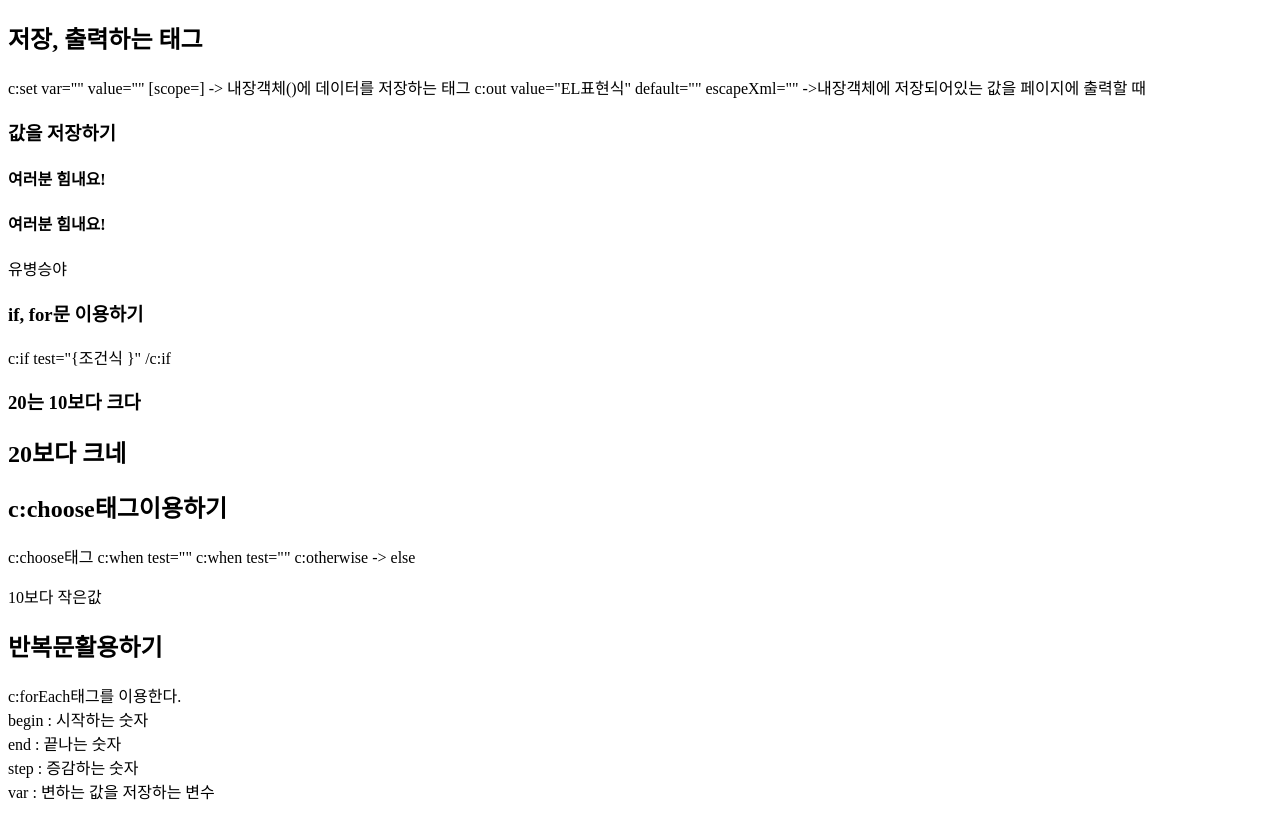
Repository: simjiho/week
Page: http://localhost/el_jstl/views/jstl/02_controltag.jsp
The author's editor kept a copy of each file at every save. The page is drawn from the files as they stood at one save, then again after the next save.
The browser window is 1280 px wide. The pictures show the whole page.
The page is served by Tomcat 9. Other server files are loaded and not shown.

Above is the page before, as saved 2024-04-20 06:42:00.

### workspace/el_jstl/src/main/webapp/views/jstl/02_controltag.jsp
<%@ page language="java" contentType="text/html; charset=UTF-8"
    pageEncoding="UTF-8"%>
<%@ taglib prefix="c" uri="http://java.sun.com/jsp/jstl/core" %>
<!DOCTYPE html>
<html>
<head>
<meta charset="UTF-8">
<title>코어태그 사용하기</title>
</head>
<body>
	<h2>저장, 출력하는 태그</h2>
	<p>
		c:set var="" value="" [scope=] -> 내장객체()에 데이터를 저장하는 태그
		c:out value="EL표현식" default="" escapeXml="" ->내장객체에 저장되어있는 값을 페이지에 출력할 때 <br>
	</p>
	<h3>값을 저장하기</h3>
	<c:set var="comment" value="여러분 힘내요!"/>
	<h4><c:out value="${comment}"/></h4>
	<h4>${comment}</h4>
	<c:set var="test" value="<script>alert('짠!');</script>"/>
	<p><c:out value="${test }" escapeXml="false"/></p>
	<c:set var="bs" value="유병승"/>
	<p><c:out value="${bs }" default="bs없어!"/>야</p>


	<h3>if, for문 이용하기</h3>
	<p>
		c:if test="{조건식 }" /c:if
	</p>

	<c:set var="su" value="20"/>
	<%-- <%if(pageContext.getAttribute("su")>10) { %>

	<% } %> --%>

	<c:if test="${su>10 }">
		<h3><c:out value="${su }"/>는 10보다 크다</h3>
	</c:if>
	<c:if test="${su<10 }">
		<h3><c:out value="${su }"/>는 10보다 크다</h3>
	</c:if>
	<c:if test="${su>5 }">
		<c:if test="${su>10 }">
			<h2>20보다 크네</h2>
		</c:if>
	</c:if>

	<h2>c:choose태그이용하기</h2>
	<p>
		c:choose태그
			c:when test=""
			c:when test=""
			c:otherwise -> else
	</p>

	<c:set var="su2" value="5"/>


	<c:choose>
		<c:when test="${su2<10 }">
			<p>10보다 작은값</p>
		</c:when>
		<c:when test="${su2<15 }">
			<p>15보다 작은값</p>
		</c:when>
		<c:otherwise>
			<p>10보다 작지않고 15보다도 작지않은값</p>
		</c:otherwise>
	</c:choose>

	<h2>반복문활용하기</h2>
	<p>
		c:forEach태그를 이용한다. <br>
		begin : 시작하는 숫자 <br>
		end : 끝나는 숫자 <br>
		step : 증감하는 숫자 <br>
		var : 변하는 값을 저장하는 변수 <br>
	</p>

</body>
</html>

After the next save:
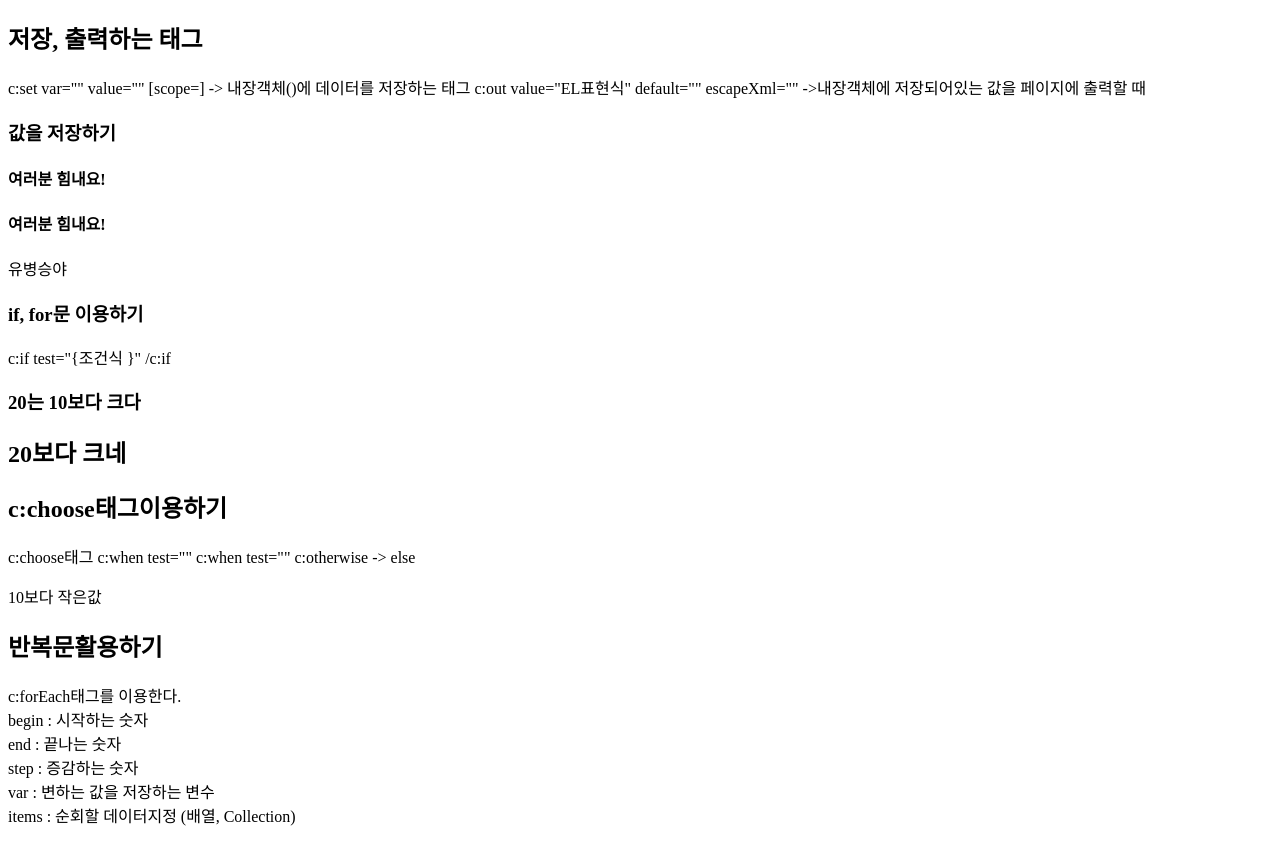
Saved 49 s later.
--- a/workspace/el_jstl/src/main/webapp/views/jstl/02_controltag.jsp
+++ b/workspace/el_jstl/src/main/webapp/views/jstl/02_controltag.jsp
@@ -75,6 +75,8 @@
 		end : 끝나는 숫자 <br>
 		step : 증감하는 숫자 <br>
 		var : 변하는 값을 저장하는 변수 <br>
+		items : 순회할 데이터지정 (배열, Collection)
+
 	</p>
 
 </body>
